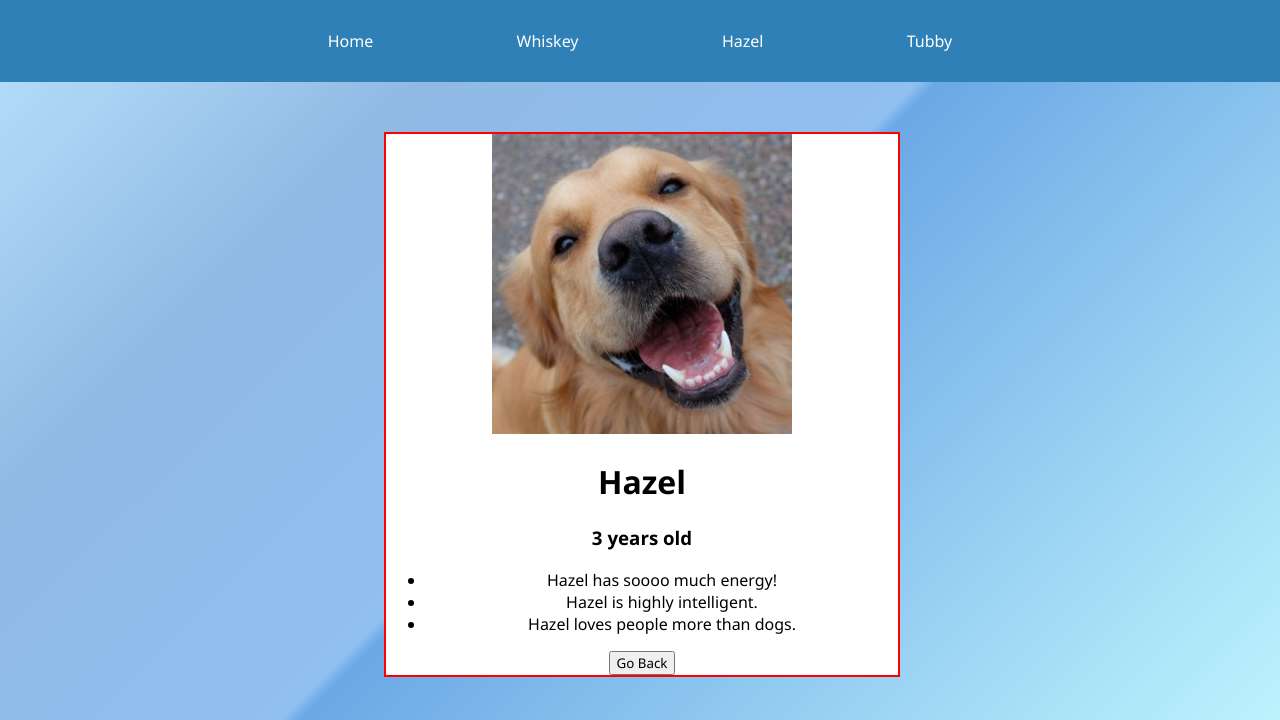
Repository: johnmutina/dog-finder
Page: /dogs/Hazel
These files come from the project's save history. The page is drawn as it stood at one moment and after the next save; the edit follows.
The browser window is 1280 px wide. The pictures show the whole page.
The project was rebuilt for these pictures with package versions that can differ from the ones it lists, and the page was loaded fresh each time. Also part of the build but not shown: src/DogFinder.css, src/DogFinder.js.

Above is the page before, as saved 2019-07-28 15:32:11.

### src/App.js
import React, { Component } from "react";
import { Switch, Route, NavLink, Redirect } from "react-router-dom";
import DogFinder from "./DogFinder";
import Dog from "./Dog";
import "./App.css";

// Import all images in image folder
function importAll(r) {
  let images = {};
  r.keys().map((item, index) => {
    images[item.replace("./", "")] = r(item);
  });
  return images;
}

const images = importAll(
  require.context("./assets", false, /\.(gif|jpe?g|svg)$/)
);

class App extends Component {
  static defaultProps = {
    dogs: [
      {
        name: "Whiskey",
        age: 5,
        src: images["whiskey.jpg"],
        facts: [
          "Whiskey loves eating popcorn.",
          "Whiskey is a terrible guard dog.",
          "Whiskey wants to cuddle with you!"
        ]
      },
      {
        name: "Hazel",
        age: 3,
        src: images["hazel.jpg"],
        facts: [
          "Hazel has soooo much energy!",
          "Hazel is highly intelligent.",
          "Hazel loves people more than dogs."
        ]
      },
      {
        name: "Tubby",
        age: 4,
        src: images["tubby.jpg"],
        facts: [
          "Tubby is not the brightest dog",
          "Tubby does not like walks or exercise.",
          "Tubby loves eating food."
        ]
      }
    ]
  };

  render() {
    return (
      <div className="App">
        {/* NAVBAR */}
        <div className="App-navbar">
          <NavLink to="/dogs" activeClassName="App-active-navlink">
            Home
          </NavLink>
          {this.props.dogs.map(dog => (
            <NavLink
              key={dog.name}
              to={`/dogs/${dog.name}`}
              activeClassName="App-active-navlink"
            >
              {dog.name}
            </NavLink>
          ))}
        </div>

        {/* ROUTES SETUP */}

        <Switch>
          <Route
            exact
            path="/dogs"
            render={routeProps => (
              <DogFinder dogs={this.props.dogs} {...routeProps} />
            )}
          />
          <Route
            exact
            path="/dogs/:name"
            render={routeProps => (
              <Dog
                {...this.props.dogs.filter(
                  dog => dog.name == routeProps.match.params.name
                )[0]}
                {...routeProps}
              />
            )}
          />
          <Route render={() => <Redirect to="/dogs" />} />
        </Switch>
      </div>
    );
  }
}

export default App;

### src/Dog.js
import React, { Component } from "react";
import "./Dog.css";

class Dog extends Component {
  render() {
    return (
      <div className="Dog">
        <img src={this.props.src} alt={`${this.props.name}`} />
        <h1>{this.props.name}</h1>
        <h3>{this.props.age} years old</h3>
        <ul>
          {this.props.facts.map(fact => (
            <li>{fact}</li>
          ))}
        </ul>
        <button onClick={this.props.history.goBack}>Go Back</button>
      </div>
    );
  }
}

export default Dog;

### src/App.css
* {
  font-family: "Segoe UI", Tahoma, Geneva, Verdana, sans-serif;
}

.App {
  min-height: 100vh;
  text-align: center;
  background: #b8e1fc; /* Old browsers */
  background: -moz-linear-gradient(
    -45deg,
    #b8e1fc 0%,
    #a9d2f3 10%,
    #90bae4 25%,
    #90bcea 37%,
    #90bff0 50%,
    #6ba8e5 51%,
    #a2daf5 83%,
    #bdf3fd 100%
  ); /* FF3.6-15 */
  background: -webkit-linear-gradient(
    -45deg,
    #b8e1fc 0%,
    #a9d2f3 10%,
    #90bae4 25%,
    #90bcea 37%,
    #90bff0 50%,
    #6ba8e5 51%,
    #a2daf5 83%,
    #bdf3fd 100%
  ); /* Chrome10-25,Safari5.1-6 */
  background: linear-gradient(
    135deg,
    #b8e1fc 0%,
    #a9d2f3 10%,
    #90bae4 25%,
    #90bcea 37%,
    #90bff0 50%,
    #6ba8e5 51%,
    #a2daf5 83%,
    #bdf3fd 100%
  ); /* W3C, IE10+, FF16+, Chrome26+, Opera12+, Safari7+ */
  filter: progid:DXImageTransform.Microsoft.gradient( startColorstr='#b8e1fc', endColorstr='#bdf3fd',GradientType=1 ); /* IE6-9 fallback on horizontal gradient */
}
.App-navbar {
  display: flex;
  background-color: #2e80b6;
  justify-content: space-around;
  padding: 30px 20%;
}

.App-navbar > * {
  color: white;
  text-decoration: none;
  text-transform: capitalize;
}

.App-navbar > *:hover {
  text-decoration: underline;
  font-weight: bolder;
}

### src/Dog.css
.Dog {
  border: 2px solid red;
  width: 40%;
  margin: 50px 30% 0 30%;
  background: white;
}

.Dog img {
  max-width: 100%;
}

Loaded but not shown: public/index.html (common file); src/index.js (common file); src/index.css (common file); src/serviceWorker.js (common file)

After the next save:
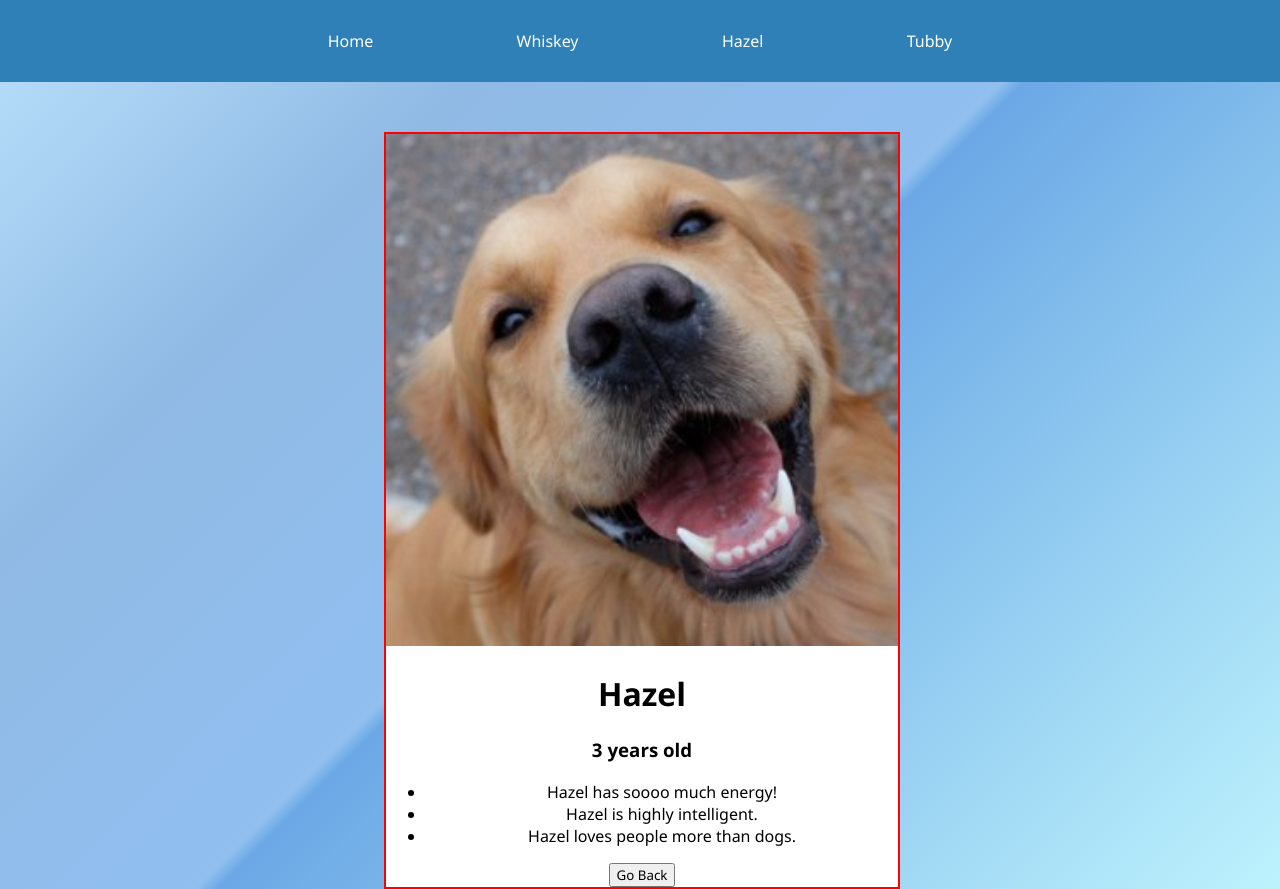
Saved 13 s later.
--- a/src/Dog.css
+++ b/src/Dog.css
@@ -6,5 +6,5 @@
 }
 
 .Dog img {
-  max-width: 100%;
+  min-width: 100%;
 }
